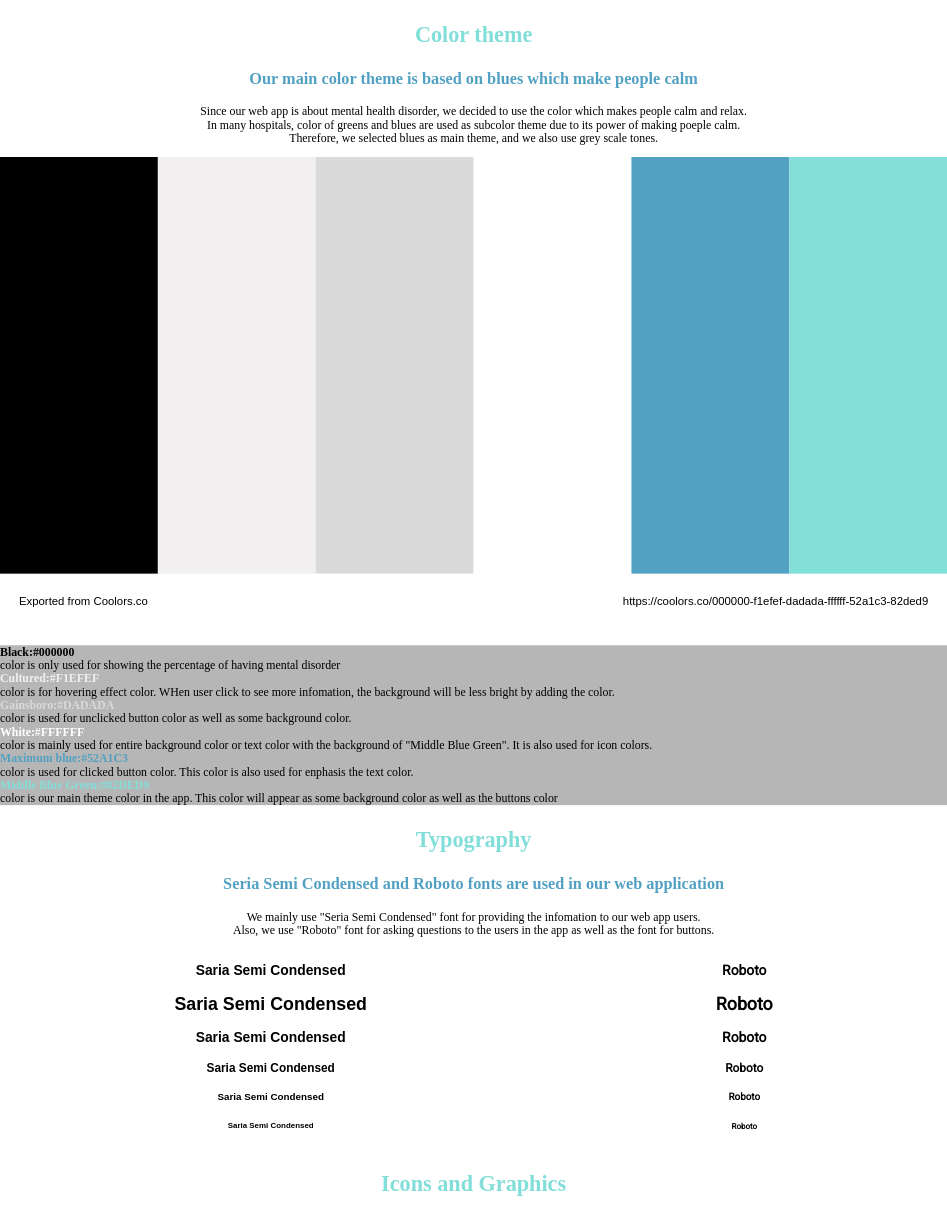
Repository: zzs1/style-guide
Page: style guide/Chisaki_styleGuide_part2/index.html
An editor plug-in stored every save of this project. The page is shown before and after a run of saves, followed by the edit.
The browser window is 1280 px wide. The pictures show the whole page, at 74% of full size.
Some web fonts or font styles are not loaded; a fallback is used.

Above is the page before, as saved 2021-03-21 12:26:31.

### style guide/Chisaki_styleGuide_part2/index.html
<!DOCTYPE html>
<html lang="en">
<head>
  <meta charset="UTF-8">
  <meta name="viewport" content="width=device-width, initial-scale=1.0">
  <title>Style guide - Colour Palette & Typography, Imagery, Graphics -</title>
  <link href ="style.css" rel="stylesheet" />
  <link href="https://fonts.googleapis.com/css2?family=Saira+Semi+Condensed:wght@500&display=swap" rel="stylesheet">
  <link href="https://fonts.googleapis.com/css2?family=Roboto&display=swap" rel="stylesheet">
</head>
<body>
  <div id="main">
    <article>
      <!--Color theme section starts-->
      <section>
        <h1 class="title">Color theme</h1>
        <h3 class="subtitle">Our main color theme is based on blues which make people calm</h3>
        <p>
          Since our web app is about mental health disorder, we decided to use the color which makes people calm and relax.<br>
          In many hospitals, color of greens and blues are used as subcolor theme due to its power of making poeple calm.<br>
          Therefore, we selected blues as main theme, and we also use grey scale tones.
        </p>
        <div id="colorbox">
          <img src="palette.svg" alt="color pallette">
          <p style="background-color: rgb(183, 182, 182); text-align: left; display: flex; flex-direction: column;">
            <strong style="color:#000000;">Black:#000000</strong> color is only used for showing the percentage of having mental disorder<br>
            <strong style="color:#F1EFEF;">Cultured:#F1EFEF</strong> color is for hovering effect color. WHen user click to see more infomation, the background will be less bright by adding the color.<br>
            <strong style="color:#DADADA;">Gainsboro:#DADADA</strong> color is used for unclicked button color as well as some background color.<br>
            <strong style="color:#FFFFFF;">White:#FFFFFF</strong> color is mainly used for entire background color or text color with the background of "Middle Blue Green". It is also used for icon colors.<br>
            <strong style="color:#52A1C3;">Maximum blue:#52A1C3</strong> color is used for clicked button color. This color is also used for enphasis the text color.<br>
            <strong style="color:#82DED9;">Middle Blue Green:#82DED9</strong> color is our main theme color in the app. This color will appear as some background color as well as the buttons color<br>
          </p>
        </div>
      </section>

      <!--typography section starts-->
      <section id="typo">
        <h1 class="title">Typography</h1>
        <h3 class="subtitle">
          Seria Semi Condensed and Roboto fonts are used in our web application
        </h3>
        <p>
          We mainly use "Seria Semi Condensed" font for providing the infomation to our web app users.<br>
          Also, we use "Roboto" font for asking questions to the users in the app as well as the font for buttons.<br>
        </p>
        <div id="typobox">
          <div id="saria">
            <h1>Saria Semi Condensed</h1>
            <h2>Saria Semi Condensed</h2>
            <h3>Saria Semi Condensed</h3>
            <h4>Saria Semi Condensed</h4>
            <h5>Saria Semi Condensed</h5>
            <h6>Saria Semi Condensed</h6>
          </div>
          <div id="roboto">
            <h1>Roboto</h1>
            <h2>Roboto</h2>
            <h3>Roboto</h3>
            <h4>Roboto</h4>
            <h5>Roboto</h5>
            <h6>Roboto</h6>
          </div>
      </div>
      </section>

      <!--icon section starts-->
      <section>
        <h1 class="title">Icons and Graphics</h1>
        <h3 class="subtitle"></h3>
        <p></p>
        <div id="iconbox">

        </div>
        <div id="graphicbox">

        </div>
      </section>
  </article>
  </div>
</body>
</html>

### style guide/Chisaki_styleGuide_part2/style.css
body, html{
  margin:0;
  text-align:center;
}
.title{
  font-size:30px;
  color:#82DED9;
  background-color: ;
}
.subtitle{
  font-size:22px;
  color:#52A1C3;
}

#typobox{
  display:flex;

}
#saria {
  font-family: 'Saira Semi Condensed', sans-serif;
  flex-grow: 1;

}
#roboto {
  font-family: 'Roboto', sans-serif;
  flex-grow: 1;
}

After the next 3 saves:
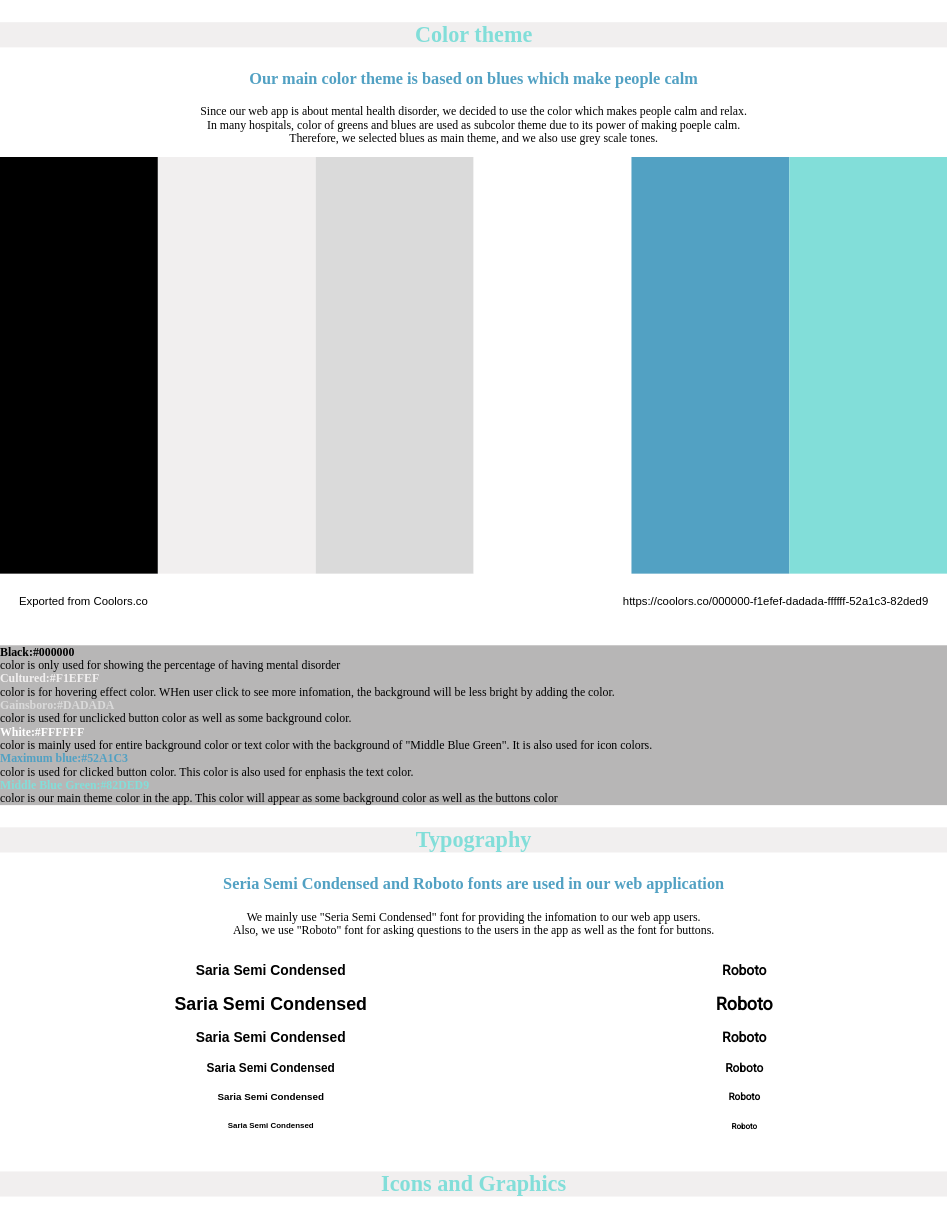
The 3 saves are shown as one change because they came seconds apart.
The last was saved 10 s later.
--- a/style guide/Chisaki_styleGuide_part2/style.css
+++ b/style guide/Chisaki_styleGuide_part2/style.css
@@ -5,7 +5,7 @@ body, html{
 .title{
   font-size:30px;
   color:#82DED9;
-  background-color: ;
+  background-color: #F1EFEF;
 }
 .subtitle{
   font-size:22px;
